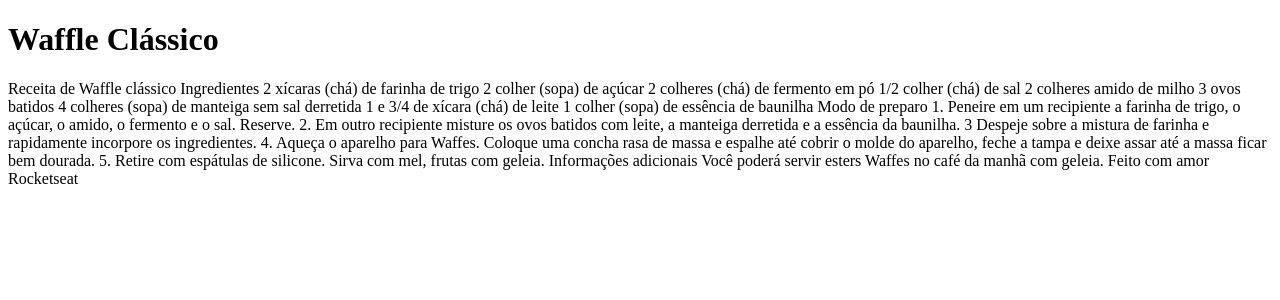
Repository: mferoc/MentoriaMais1CodeG7
Page: desafios-rocketseat-discover/Pagina_de_Receita/Página de Receita/index.html
The author's editor kept a copy of each file at every save. The page is drawn from the files as they stood at one save, then again after a run of saves.
The browser window is 1280 px wide. The pictures show the whole page.

Above is the page before, as saved 2022-06-29 20:16:34.

### desafios-rocketseat-discover/Pagina_de_Receita/Página de Receita/index.html
<!DOCTYPE html>
<html lang="pt-br">
<head>
    <meta charset="UTF-8">
    <meta http-equiv="X-UA-Compatible" content="IE=edge">
    <meta name="viewport" content="width=device-width, initial-scale=1.0">
    <title>Página de Receita</title>
</head>
<body>

<h1>Waffle Clássico</h1>

Receita de Waffle clássico

Ingredientes

2 xícaras (chá) de farinha de trigo
2 colher (sopa) de açúcar
2 colheres (chá) de fermento em pó
1/2 colher (chá) de sal
2 colheres amido de milho
3 ovos batidos
4 colheres (sopa) de manteiga sem sal derretida
1 e 3/4 de xícara (chá) de leite
1 colher (sopa) de essência de baunilha

Modo de preparo

1. Peneire em um recipiente a farinha de trigo, o açúcar, o amido, o fermento e o sal. Reserve.
2. Em outro recipiente misture os ovos batidos com leite, a manteiga derretida e a essência da baunilha.
3 Despeje sobre a mistura de farinha e rapidamente incorpore os ingredientes.
4. Aqueça o aparelho para Waffes. Coloque uma concha rasa de massa e espalhe até cobrir o molde do aparelho, feche a tampa e deixe assar até a massa ficar bem dourada.
5. Retire com espátulas de silicone. Sirva com mel, frutas com geleia.

Informações adicionais

Você poderá servir esters Waffes no café da manhã com geleia.

Feito com amor Rocketseat


</body>
</html>

After the next 3 saves:
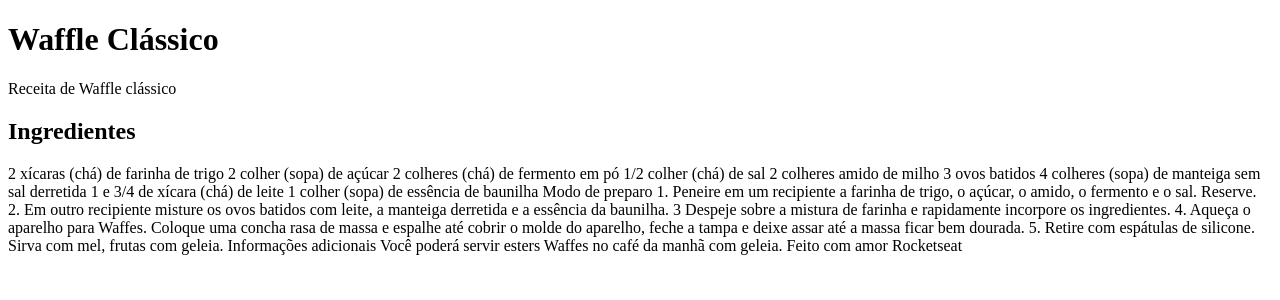
The 3 saves are shown as one change because they came seconds apart.
The last was saved 16 s later.
--- a/desafios-rocketseat-discover/Pagina_de_Receita/Página de Receita/index.html
+++ b/desafios-rocketseat-discover/Pagina_de_Receita/Página de Receita/index.html
@@ -12,7 +12,7 @@
 
 Receita de Waffle clássico
 
-Ingredientes
+<h2>Ingredientes</h2>
 
 2 xícaras (chá) de farinha de trigo
 2 colher (sopa) de açúcar
